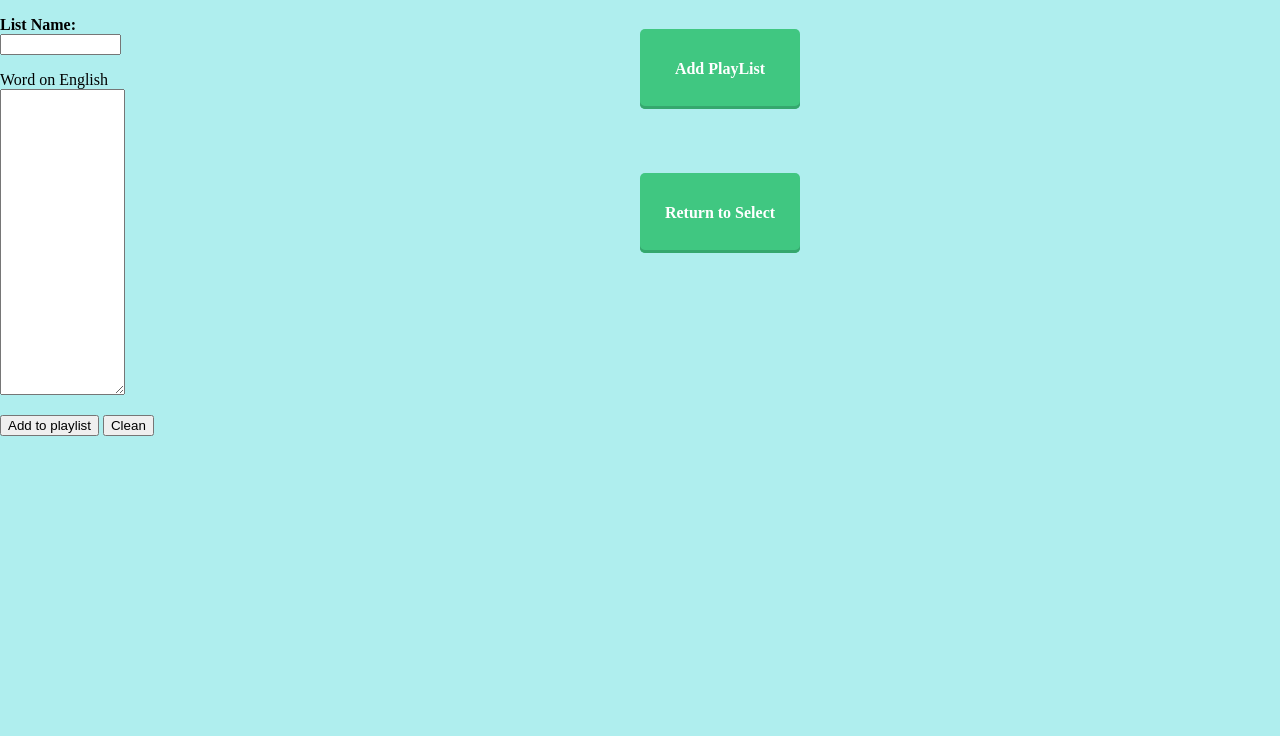
Repository: Artem-Brunov/msu_prac
Page: workspace/BasicUI/NewWithoutTr.html
The author's editor kept a copy of each file at every save. The page is drawn from the files as they stood at one save, then again after the next save.
The browser window is 1280 px wide. The pictures show the whole page.

Above is the page before, as saved 2017-11-20 02:22:13.

### workspace/BasicUI/NewWithoutTr.html
<!DOCTYPE html>
<html>
<head>
  <meta charset="utf-8" />
    <meta name="viewport" content="width=device-width, initial-scale=1.0, maximum-scale=1.0">
    <meta name="description" content="Tizen Mobile Web Basic Template" />

    <title>Tizen Mobile Web Basic Application</title>
    <link rel="stylesheet" type="text/css" href="css/NewPlaylist.css" />
    <link rel="stylesheet" type="text/css" href="css/style.css" />
</head>
<body>
	<form name="test">
  		<p><b>List Name:</b><br>
   			<input type="text" size="12">
  		</p>

  		<p>Word on English<br>
  		<textarea cols = "13" rows = "20" wrap = "hard" name = "EngW"></textarea>
  		</p>
  		<p><input type="submit" value="Add to playlist">
   		<input type="reset" value="Clean"></p>
 	</form>

	<div class = "Return">
		<a href = "index.html" class = "first_button">Return to Select</a>
	</div>
	<div class = "Add">
		<a href = "" class = "first_button">Add PlayList</a>
	</div>
</body>
</html>

### workspace/BasicUI/css/NewPlaylist.css
.Return {
	position: absolute;
  	top: 24%;
  	left:50%;

}
.Add {
	position: absolute;
  	top: 4%;
  	left: 50%;
}
.BBack{
	position: absolute;
  	top: 90%;
  	left: 7%;
}

### workspace/BasicUI/css/style.css
html,
body {
    width: 100%;
    height: 100%;
    margin: 0 auto;
    padding: 0;
    background: PaleTurquoise;
 }
 .titl{

 	position: absolute;
 	left: 25.5%;
 	top: 10%;
 	color: Gray;
 }
 a.first_button {

	display: block;
	width: 160px;
	height: 80px;
  	line-height: 5em;
	border-radius: 5px;
 	background: rgb(64,199,129);
	box-shadow: 0 -3px rgb(53,167,110) inset;
	font-weight: 900;
  	color: white;
  	text-align: center;
  	text-decoration: none;
  	transition: 0.2s;
}
a.first_button:hover { background: rgb(53, 167, 110); }
a.first_button:active {
  background: rgb(33,147,90);
  box-shadow: 0 3px rgb(33,147,90) inset;
}
.New {
	position: absolute;
  	top: 47%;
  	left: 28%;

}
.Select {
	position: absolute;
  	top: 64%;
  	left: 28%;

}
.FastPlay {
	position: absolute;
  	top: 30%;
  	left: 28%;

}

After the next save:
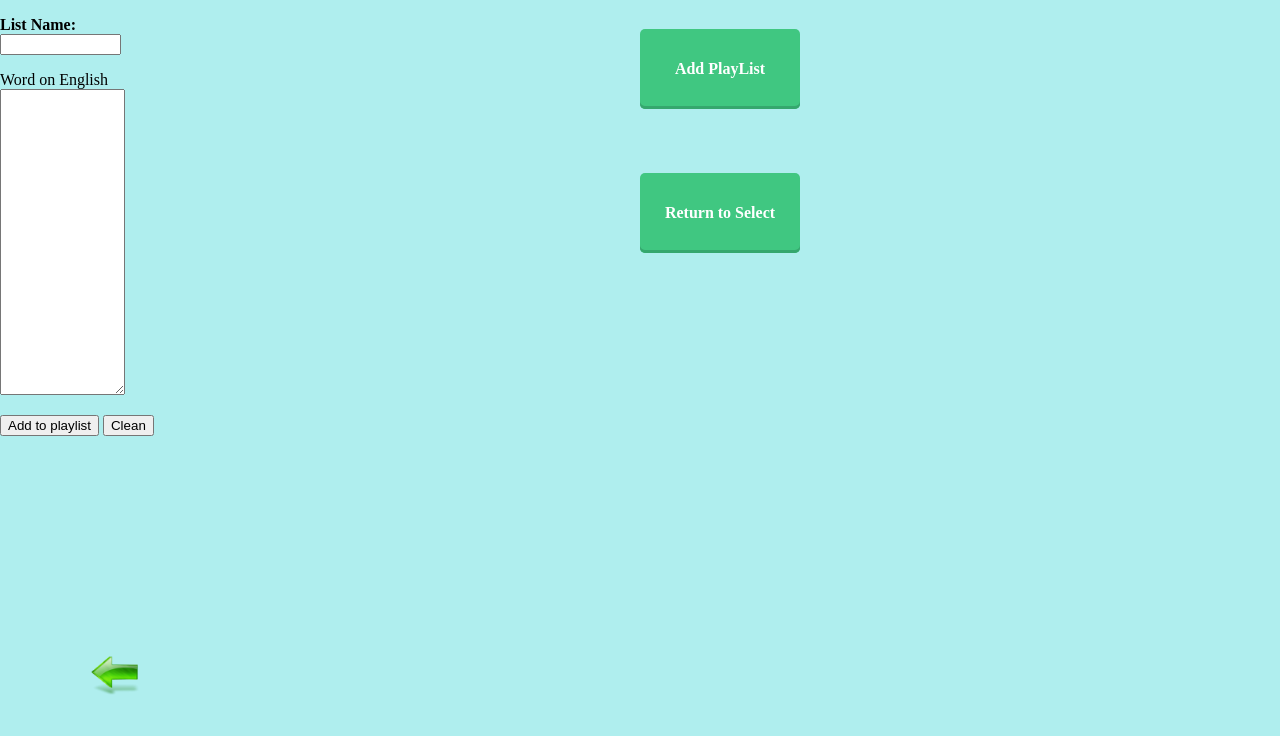
Saved 78 s later.
--- a/workspace/BasicUI/NewWithoutTr.html
+++ b/workspace/BasicUI/NewWithoutTr.html
@@ -28,5 +28,9 @@
 	<div class = "Add">
 		<a href = "" class = "first_button">Add PlayList</a>
 	</div>
+	<div class = "BBack">
+			<a href = "index.html"><img src="images/Back.png" width="50"
+  height="50" alt="One step back"></a>
+	</div>
 </body>
 </html>
